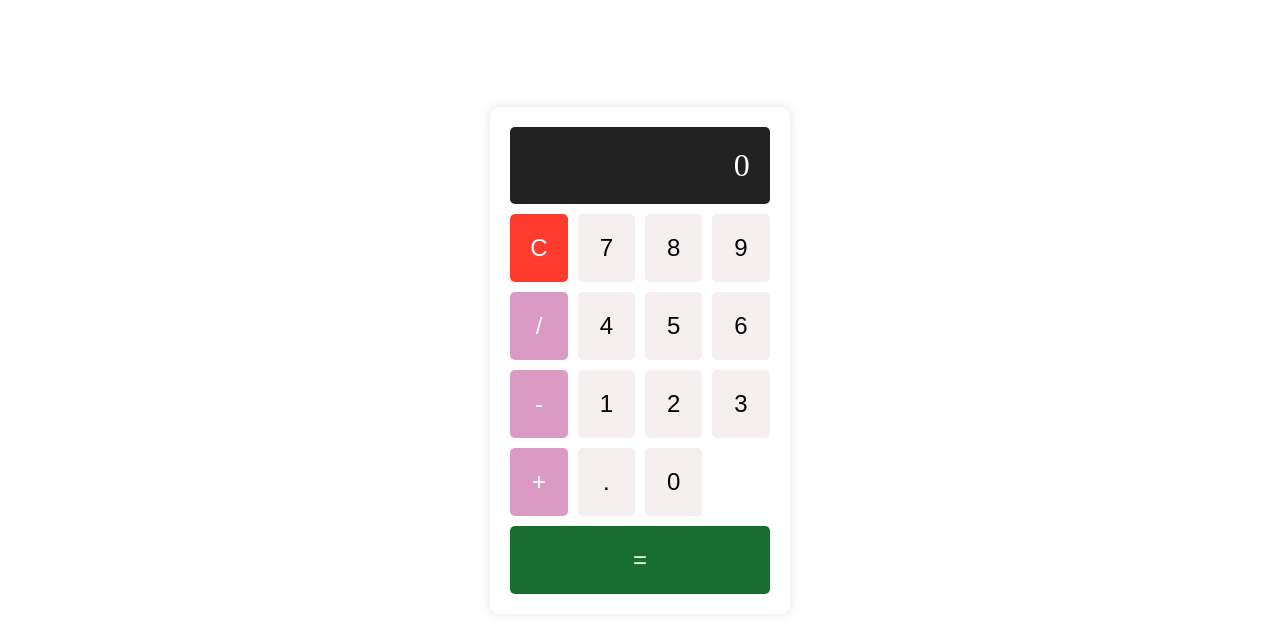
Repository: alizey12/calculator
Page: index.html
The author's editor kept a copy of each file at every save. The page is drawn from the files as they stood at one save, then again after the next save.
The browser window is 1280 px wide. The pictures show the whole page.

Above is the page before, as saved 2024-11-23 18:49:56.

After the next save:
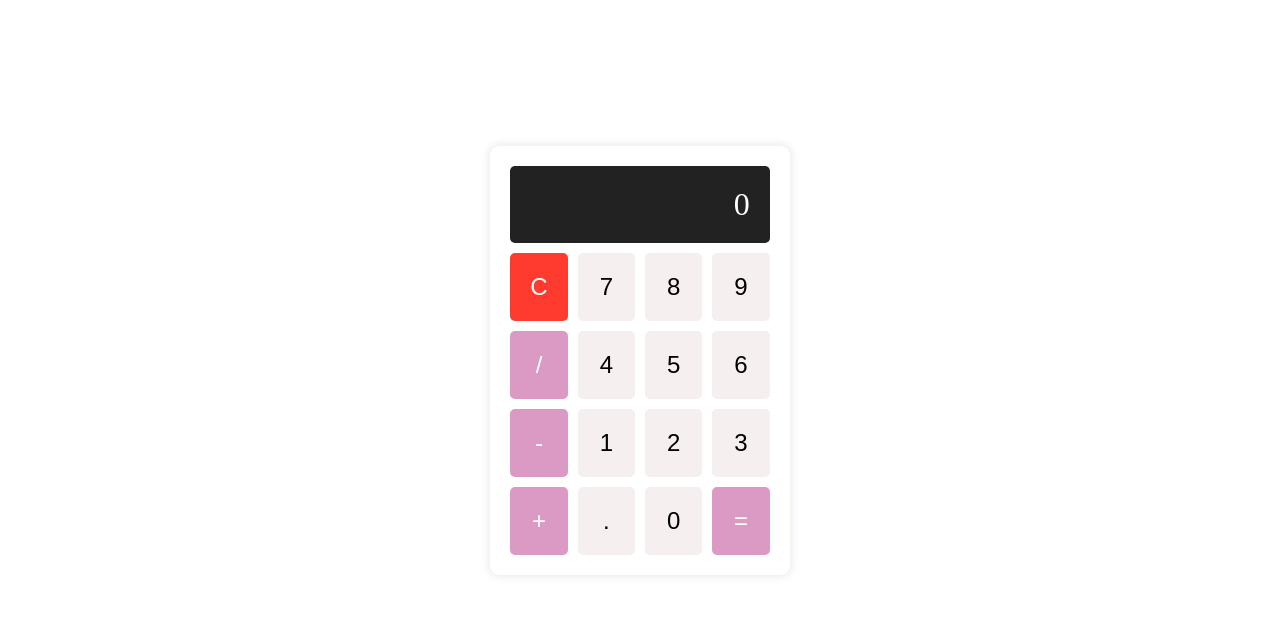
Saved 5 s later.
--- a/styles.css
+++ b/styles.css
@@ -51,7 +51,7 @@ body {
     color: #fff;
 }
 
-.btn#equals {
+/*.btn#equals {
     grid-column: span 4;
     background-color: #186e2e;
     color: #fff;
